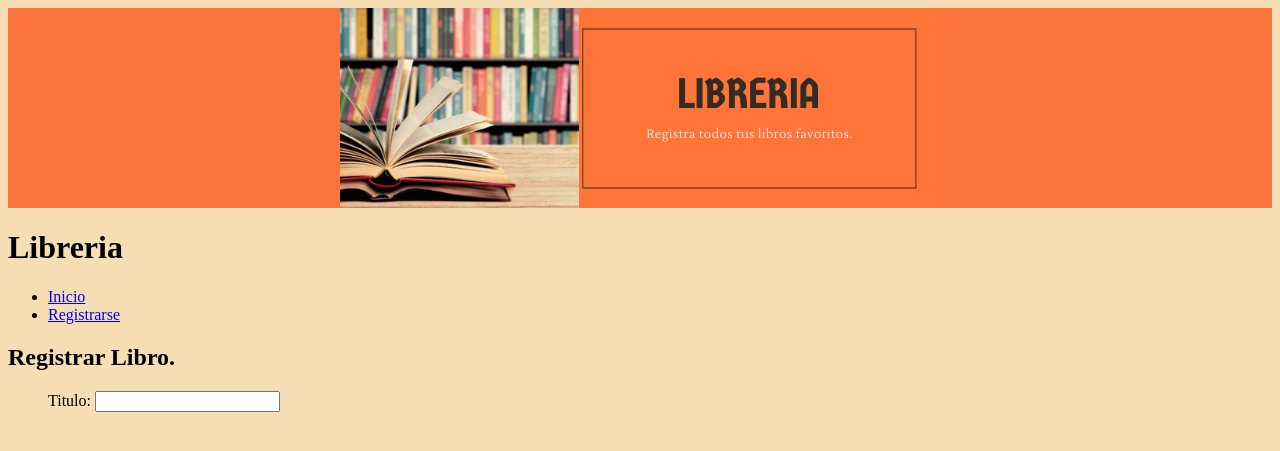
Repository: frnalonso/libreria
Page: src/main/resources/templates/registro.html
An editor plug-in stored every save of this project. The page is shown before and after the next save, followed by the edit.
The browser window is 1280 px wide. The pictures show the whole page.

Above is the page before, as saved 2021-10-31 02:35:42.

After the next save:
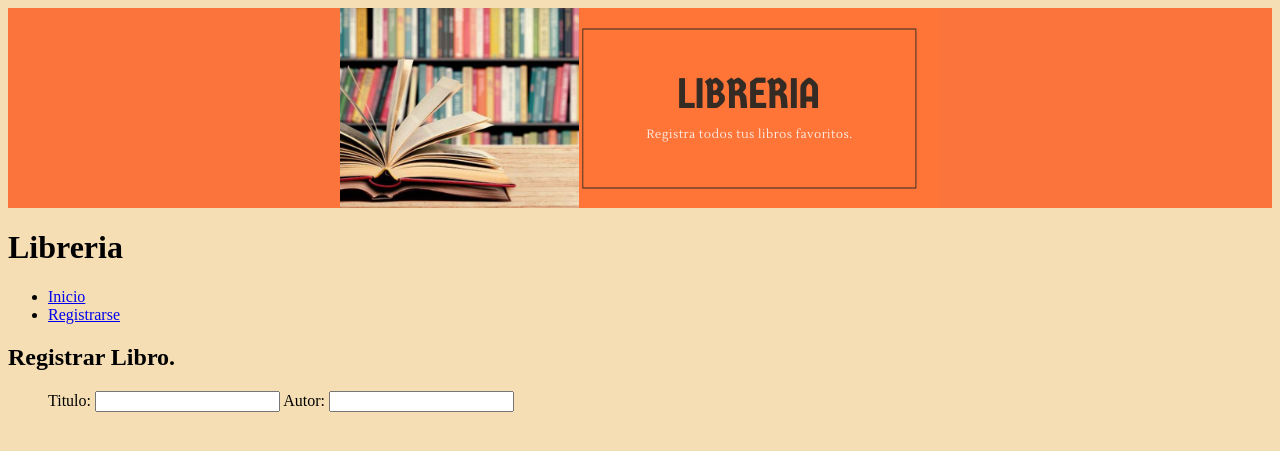
Saved 16 s later.
--- a/src/main/resources/templates/registro.html
+++ b/src/main/resources/templates/registro.html
@@ -38,6 +38,8 @@
                     <ul>
                         <label for="">Titulo: </label>
                         <input type="text">
+                        <label for="">Autor: </label>
+                        <input type="text">
                     </ul>
                 </form>
             </div>
